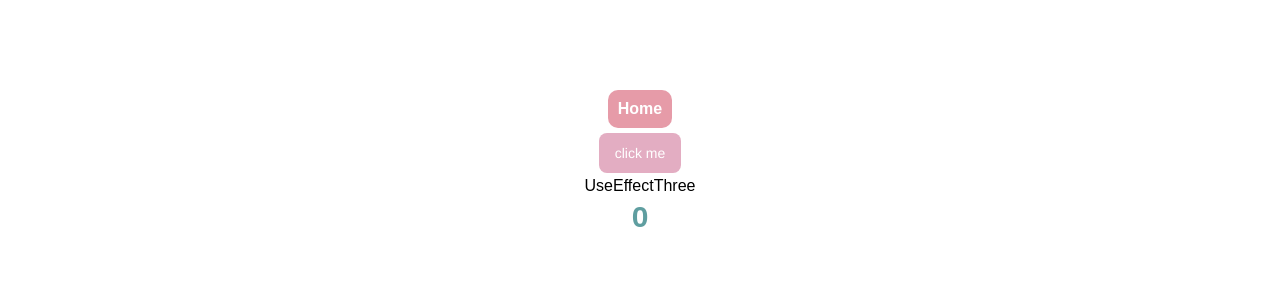
Repository: jjennbui/class8
Page: /useEffectThree
The author's editor kept a copy of each file at every save. The page is drawn from the files as they stood at one save, then again after a run of saves.
The browser window is 1280 px wide. The pictures show the whole page.
The project was rebuilt for these pictures with package versions that can differ from the ones it lists, and the page was loaded fresh each time. The framework's server and built-in components were replaced by stand-ins that run in the browser. Also part of the build but not shown: next.config.js.

Above is the page before, as saved 2023-02-20 18:10:54.

### pages/useEffectThree.js
import Link from "next/link"
import { use, useEffect, useState } from "react"
import styles from '@/styles/UseEffectThree.module.css'


export default function UseEffectThree(){
    const [number, setNumber] = useState (0);

    const [value, setValue] = useState (-10);

    useEffect(() => {
        setValue(value + 10)
    }, [number])

    return(
        <>
         <div className={styles.main}>
        <Link  className={styles.home} href="/">Home</Link>
        <div>
           <button className={styles.btn} onClick={() => setNumber(number + 1)}>click me</button>
        </div>
        <div>
            UseEffectThree
        </div>
        <div className={styles.number}>
        {value}
        </div>
        </div>
        </>
    )
}

### styles/globals.css
:root {

}

### styles/UseEffectThree.module.css
.main{
    font-family: Arial, Helvetica, sans-serif;
    display: flex;
    flex-direction: column;
    justify-content: space-between;
    align-items: center;
    padding: 5rem;
    min-height: 20vh;
    margin: 10px;

  }

  .number{
      font-weight: bold;
      color: cadetblue;
      font-size: 30px;
  }

  .home{
      color: white;
      text-decoration: none;
      font-family: Arial, Helvetica, sans-serif;
      font-weight: bold;
      background-color: rgb(230, 155, 168);
      padding: 10px;
      border-radius: 10px;
  }

  .btn{
      background-color: #e3adc2;
      border-radius: 8px;
      border-style: none;
      box-sizing: border-box;
      color: #FFFFFF;
      cursor: pointer;
      display: inline-block;
      font-family: "Haas Grot Text R Web", "Helvetica Neue", Helvetica, Arial, sans-serif;
      font-size: 14px;
      font-weight: 500;
      height: 40px;
      line-height: 20px;
      list-style: none;
      margin: 0;
      outline: none;
      padding: 10px 16px;
      position: relative;
      text-align: center;
      text-decoration: none;
      transition: color 100ms;
      vertical-align: baseline;
      user-select: none;
      -webkit-user-select: none;
      touch-action: manipulation;
    }

Loaded but not shown: pages/_app.js (common file); pages/_document.js (common file)

After the next 3 saves:
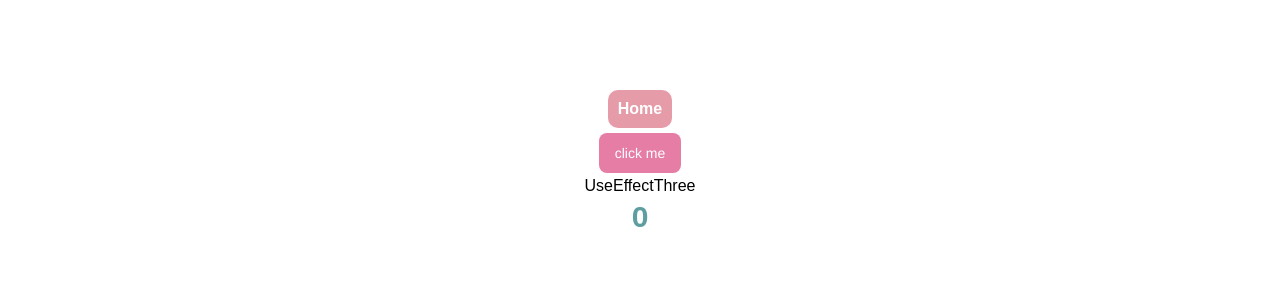
The 3 saves are shown as one change because they came seconds apart.
The last was saved 9 s later.
--- a/styles/UseEffectThree.module.css
+++ b/styles/UseEffectThree.module.css
@@ -27,7 +27,7 @@
   }
 
   .btn{
-      background-color: #e3adc2;
+      background-color: #e57da5;
       border-radius: 8px;
       border-style: none;
       box-sizing: border-box;
